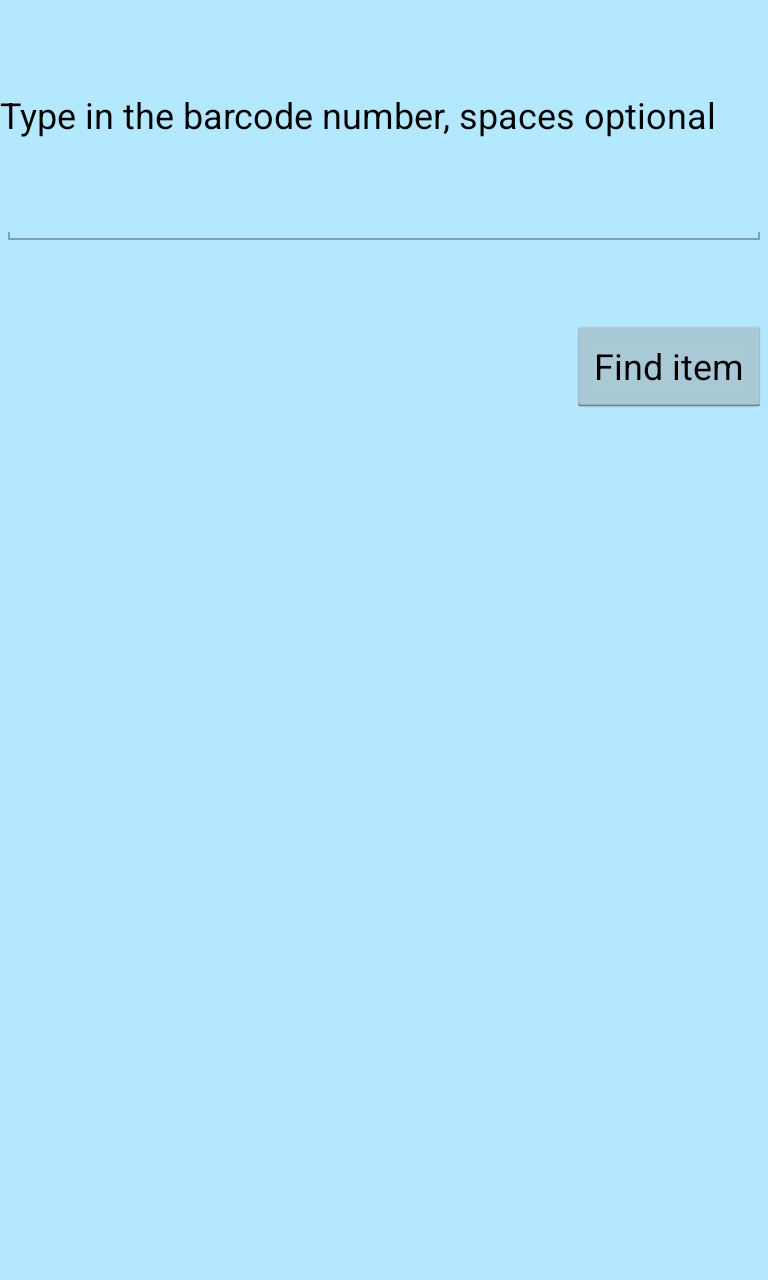
Repository: harvard-lil/wtwba-android-app
Layout: wtwba/res/layout/activity_type_barcode.xml
These files come from the project's save history. The layout is drawn as it stood at one moment and after a run of saves; the edit follows.
It is drawn on a 768 x 1280 px phone screen (xhdpi) without system bars, with theme AppTheme; the app's code is not run.

Above is the layout before, as saved 2013-03-20 16:30:56.

### wtwba/res/layout/activity_type_barcode.xml
<?xml version="1.0" encoding="utf-8"?>

<LinearLayout xmlns:android="http://schemas.android.com/apk/res/android"
    xmlns:tools="http://schemas.android.com/tools"
    android:layout_width="match_parent"
    android:layout_height="match_parent"
    android:layout_margin="15dip"
    android:orientation="vertical"
    android:background="#b4e8ff"
    >

    <ImageView
            android:id="@+id/barcode_example"
            android:layout_width="wrap_content"
            android:layout_marginTop="15dip"
        	android:layout_marginBottom="15dip"
            android:layout_height="wrap_content"
            android:layout_gravity="center"
        	/>

    <TextView
        android:layout_width="fill_parent"
        android:layout_height="wrap_content"
        android:layout_marginTop="15dip"
        android:layout_marginBottom="15dip"
        android:textAppearance="?android:attr/textAppearanceMedium"
        android:text="@string/type_barcode_instructions"
         />

    <EditText android:id="@+id/barcode"
        android:layout_width="fill_parent"
        android:layout_height="wrap_content"
        android:layout_marginBottom="35dip"
        android:layout_gravity="right"
        android:textColor="#9900FF"

        android:inputType="text" />

    <Button
        android:layout_width="wrap_content"
        android:layout_height="wrap_content"
        android:layout_gravity="right"
        android:text="@string/button_type"
        android:onClick="submitBarcode" />
</LinearLayout>

### wtwba/res/values/strings.xml
<?xml version="1.0" encoding="utf-8"?>
<resources>

    <string name="app_name">wtwba</string>
    <string name="main_activity_title">Where the Wild Books Are</string>
    <string name="activity_item_details_title">Wild Books</string>
    <string name="activity_scan_title">Wild Books</string>
    <string name="activity_manage_user_title">Manage user key</string>
    <string name="activity_type_barcode_title">Add item using fingers</string>
    <string name="activity_location_title">Select your current location</string>
    <string name="item_found_title">Yeehaw! We added your item</string>
    <string name="scan_error_title">Something went wrong</string>
    <string name="user_name_box_label">Enter your assigned user key</string>
    <string name="edit_message">Enter a message</string>
    <string name="loading_message">Loading</string>


    <string name="button_confirm_delete">Delete from list</string>
    <string name="button_scan_item">Scan barcode</string>
    <string name="button_key_item">Type barcode</string>
    <string name="activity_delete_title">Delete from list</string>

    <string name="button_scan">Scan</string>
    <string name="button_type">Find item</string>
    <string name="button_item_confrim">Return home</string>
    <string name="button_add">Add to list</string>
    <string name="button_save_user_name">Save user key</string>
    <string name="menu_settings">Settings</string>
    <string name="scan_error">Something went wrong when when I tried to add the item. Sorry. Can you give it a try again?</string>
    <string name="title_activity_main">MainActivity</string>
    <string name="type_barcode_instructions">Type in the barcode number, spaces optional</string>
    <string name="hello_world">Hello world!</string>
    <string name="title_holder">Sample Title Here</string>
    <string name="connection_error">Unable to connect to network</string>
    <string name="title_activity_display_message">DisplayMessageActivity</string>
    <string name="empty_list">You haven\'t added any items.</string>

</resources>

Loaded but not shown: wtwba/res/values-v11/styles.xml (common file); wtwba/res/values-v14/styles.xml (common file); wtwba/res/values/styles.xml (common file)

After the next 2 saves:
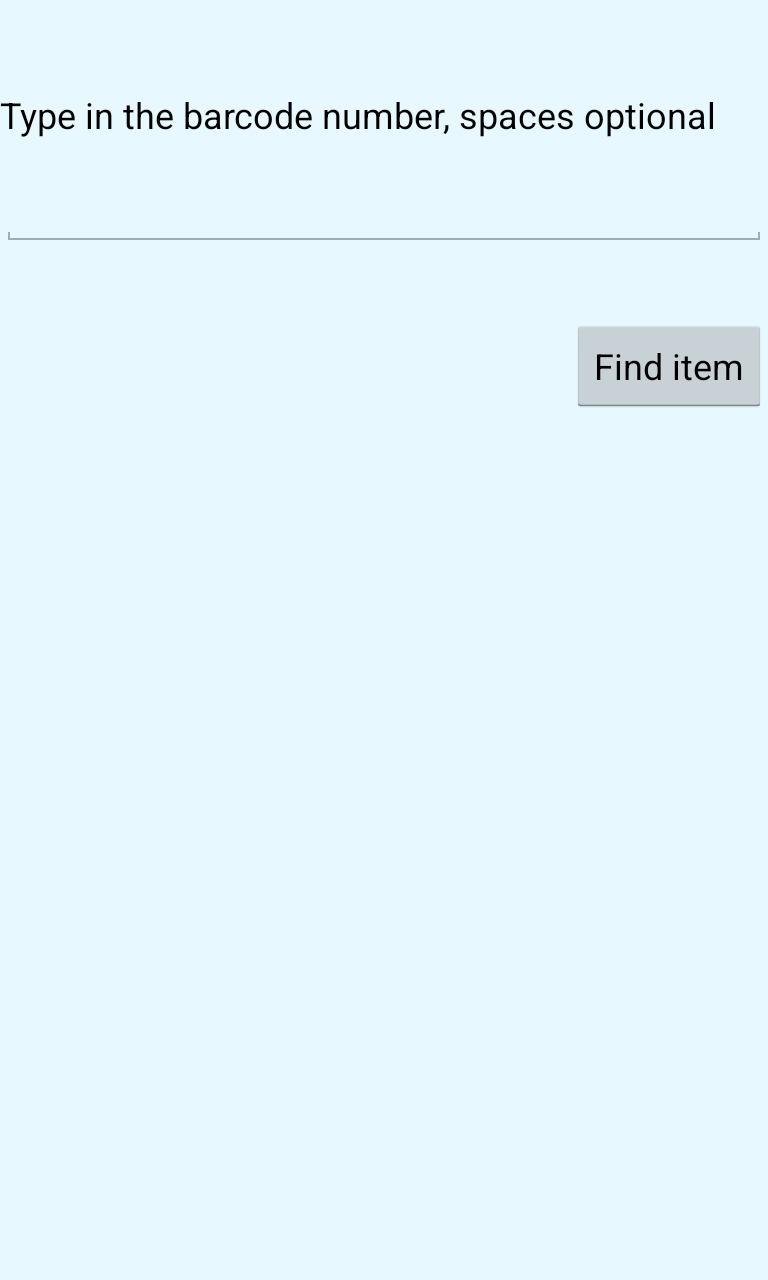
The 2 saves are shown as one change because 1 did not build or start.
The last was saved 75 s later.
--- a/wtwba/res/layout/activity_type_barcode.xml
+++ b/wtwba/res/layout/activity_type_barcode.xml
@@ -6,7 +6,7 @@
     android:layout_height="match_parent"
     android:layout_margin="15dip"
     android:orientation="vertical"
-    android:background="#b4e8ff"
+    android:background="#e7f8ff"
     >
 
     <ImageView
